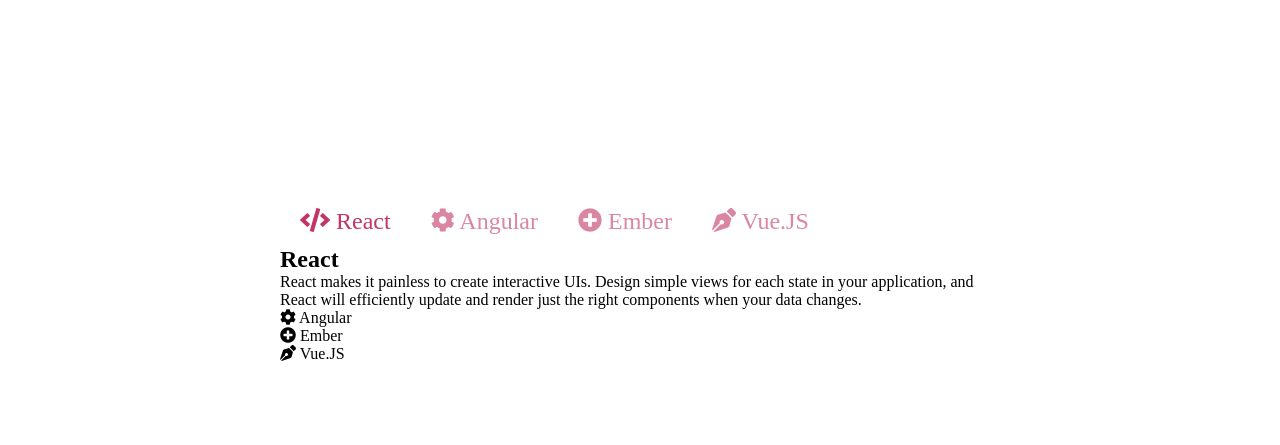
Repository: dovanthao2404/switch-tabs
Page: index.html
These files come from the project's save history. The page is drawn as it stood at one moment and after the next save; the edit follows.
The browser window is 1280 px wide. The pictures show the whole page.

Above is the page before, as saved 2021-06-27 20:21:09.

After the next save:
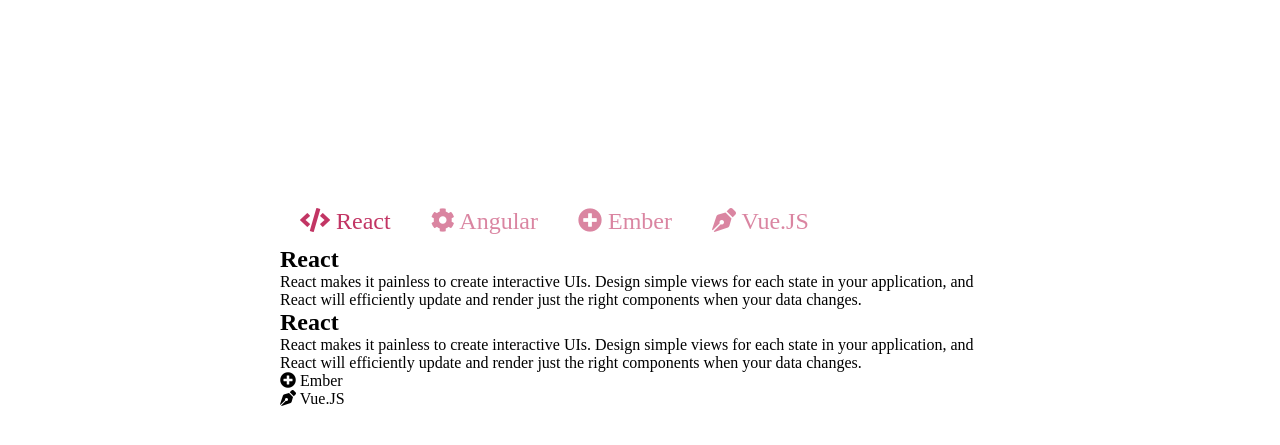
Saved 9 s later.
--- a/index.html
+++ b/index.html
@@ -41,8 +41,10 @@
           React will efficiently update and render just the right components when your data changes.</p>
       </div>
       <div class="tab-pane">
-        <i class="tab-icon fas fa-cog"></i>
-        Angular
+        <h2>React</h2>
+        <p>
+          React makes it painless to create interactive UIs. Design simple views for each state in your application, and
+          React will efficiently update and render just the right components when your data changes.</p>
       </div>
       <div class="tab-pane">
         <i class="tab-icon fas fa-plus-circle"></i>
